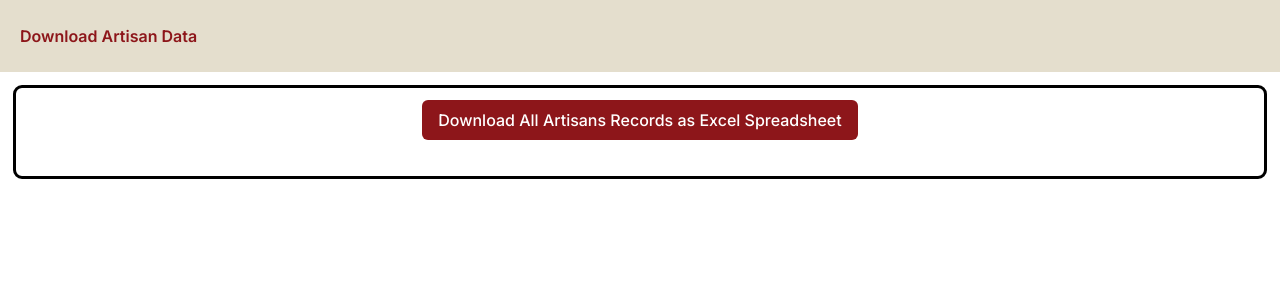
Repository: marcusdashe/artisanindex_frontend
Page: /components/DownloadDataScreen
These files come from the project's save history. The page is drawn as it stood at one moment and after the next save; the edit follows.
The browser window is 1280 px wide. The pictures show the whole page.
The project was rebuilt for these pictures with package versions that can differ from the ones it lists, and the page was loaded fresh each time. The framework's server and built-in components were replaced by stand-ins that run in the browser. Also part of the build but not shown: next.config.js.

Above is the page before, as saved 2023-03-13 14:49:28.

### pages/_app.js
import "@/styles/globals.css";
import "core-js/stable";
import "regenerator-runtime/runtime";

export default function App({ Component, pageProps }) {
  return <Component {...pageProps} />;
}

### pages/_document.js
import { Html, Head, Main, NextScript } from "next/document";

export default function Document() {
  return (
    <Html lang="en">
      <Head>
        <link rel="preconnect" href="https://fonts.googleapis.com" />
        <link
          rel="preconnect"
          href="https://fonts.gstatic.com"
          crossOrigin="true"
        />
        <link
          href="https://fonts.googleapis.com/css2?family=Inter:wght@100;200;300;400;500;600&display=swap"
          rel="stylesheet"
        />
      </Head>
      <body>
        <Main />
        <NextScript />
      </body>
    </Html>
  );
}

### pages/components/DownloadDataScreen.js
import React from "react";
import axios from "axios";
import FileSaver from "file-saver";

function DownloadDataScreen() {
  const fetchData = async () => {
    const response = await axios.get(
      `${process.env.NEXT_PUBLIC_BACKEND_BASE_URL}api/artisan/table/export`,
      { responseType: "blob" }
    );
    const file = new Blob([response.data], {
      type: "application/vnd.ms-excel",
    });
    FileSaver.saveAs(file, "artisans.xlsx"); // save file using FileSaver
  };

  const handleClick = () => {
    fetchData();
  };

  return (
    <div className="w-full h-[100vh]">
      <div className="w-full h-[10vh] bg-[#e4decd] font-bold flex items-center content-center justify-start text-[#8D161A] p-5">
        <h1>Download Artisan Data</h1>
      </div>
      <div className="w-full h-[90vh] p-4">
        <div className="w-[100%] rounded-md p-3 outline flex items-center flex-col">
          <button
            onClick={handleClick}
            type="submit"
            className="bg-[#8D161A] text-white rounded-md py-2 px-4 font-medium hover:hover:bg-[#4a3e3e] duration-500 focus:outline-none focus:ring-2 focus:ring-blue-500"
          >
            Download All Artisans Records as Excel Spreadsheet
          </button>
          <div className="w-full p-3"></div>
        </div>
      </div>
    </div>
  );
}

export default DownloadDataScreen;

### styles/globals.css
@tailwind base;
@tailwind components;
@tailwind utilities;

@layer base {
  html {
    font-family: "Inter", sans-serif;
  }
}

### tailwind.config.js
/** @type {import('tailwindcss').Config} */

module.exports = {
  content: [
    "./pages/**/*.{js,ts,jsx,tsx}",
    "./components/**/*.{js,ts,jsx,tsx}",
  ],
  theme: {
    extend: {},
  },
  plugins: [],
};

After the next save:
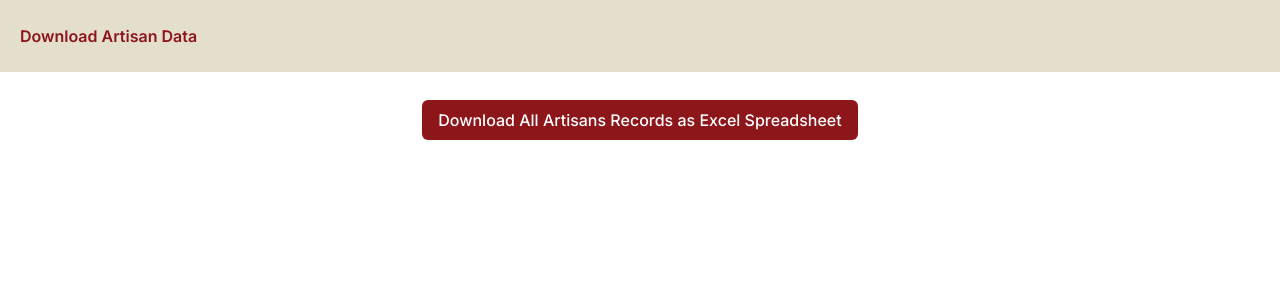
Saved 20 s later.
--- a/pages/components/DownloadDataScreen.js
+++ b/pages/components/DownloadDataScreen.js
@@ -24,7 +24,7 @@ function DownloadDataScreen() {
         <h1>Download Artisan Data</h1>
       </div>
       <div className="w-full h-[90vh] p-4">
-        <div className="w-[100%] rounded-md p-3 outline flex items-center flex-col">
+        <div className="w-[100%] rounded-md p-3  flex items-center flex-col">
           <button
             onClick={handleClick}
             type="submit"
